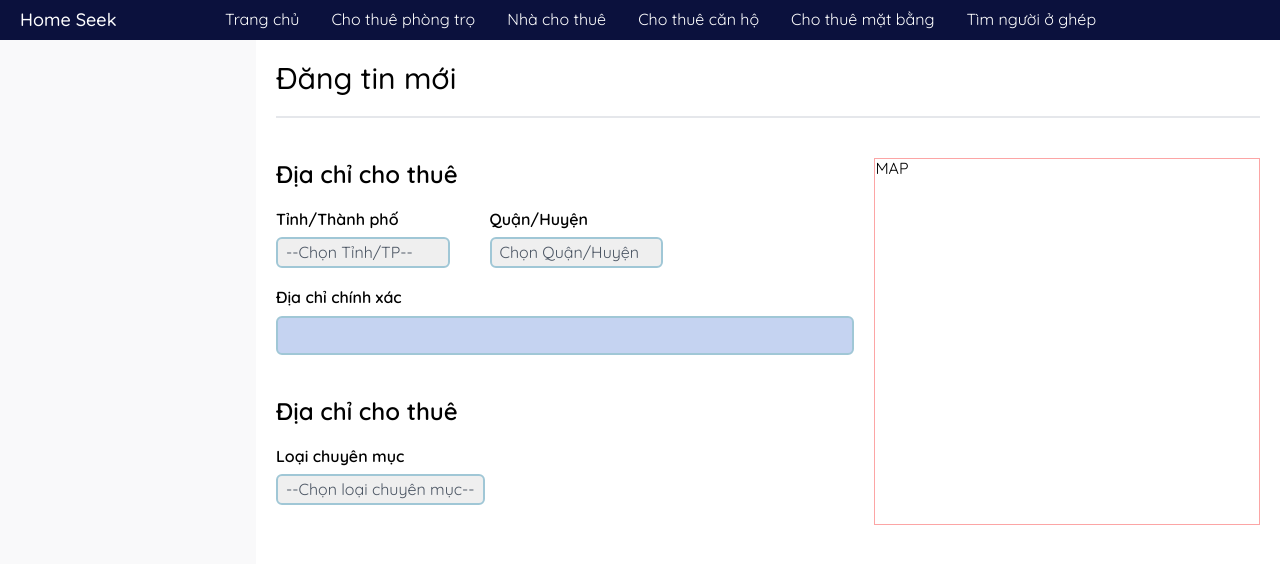
Repository: ajincome26/homeseek
Page: /create (app in client/)
An editor plug-in stored every save of this project. The page is shown before and after the next save, followed by the edit.
The browser window is 1280 px wide. The pictures show the whole page.
The page's requests for data from a server got no answer. The project was rebuilt for these pictures with package versions that can differ from the ones it lists, and the page was loaded fresh each time. Some packages were replaced by stand-ins written for this rebuild. No one was signed in, and anything a server would have sent is missing. Also part of the build but not shown: client/vite.config.ts, client/src/components/Footer/Footer.tsx, client/src/components/Button/Button.tsx, client/src/components/Button/index.ts, client/src/utils/utils.tsx, client/src/components/MainHeader/components/User.tsx, client/src/components/Popover/Popover.tsx, client/src/components/Popover/index.ts and 21 more.

Above is the page before, as saved 2024-01-09 05:18:47.

After the next save:
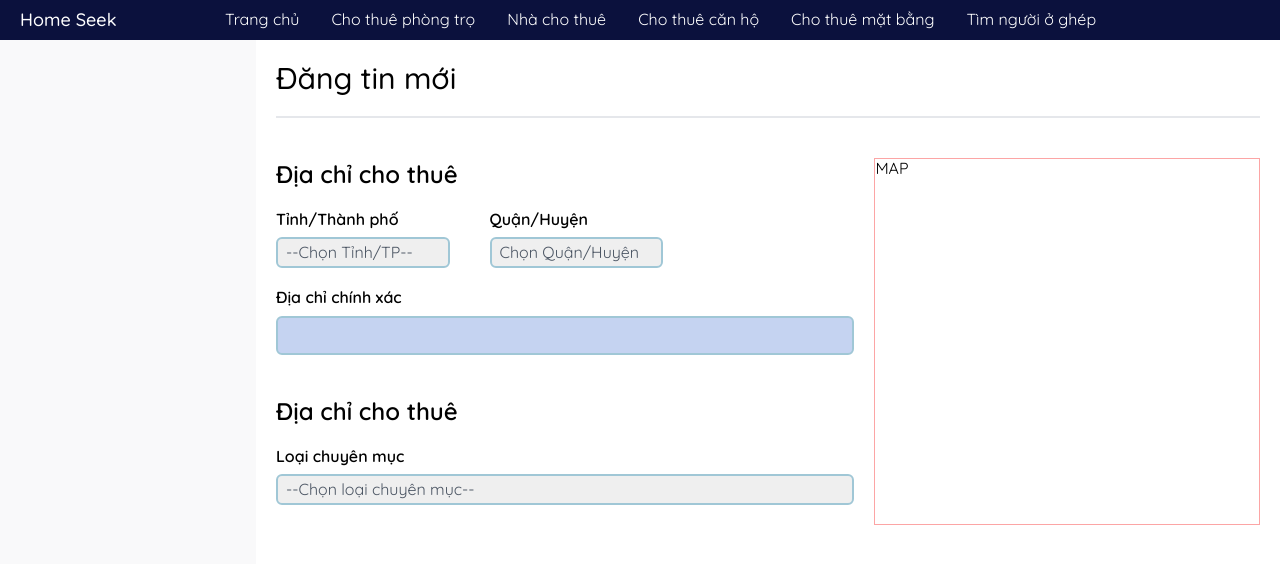
Saved 2 min 51 s later.
--- a/client/src/components/Select/Select.tsx
+++ b/client/src/components/Select/Select.tsx
@@ -16,7 +16,7 @@ export interface SelectProps extends InputHTMLAttributes<HTMLInputElement> {
 
 const Select = ({ type, provinces, districts, categories, value, setValue, label, optionTitle }: SelectProps) => {
   return (
-    <div className={`flex flex-col gap-2 ${type === 'category' ? '' : 'basis-[30%]'}`}>
+    <div className={`flex flex-col gap-2 ${type === 'category' ? 'w-full' : 'basis-[30%]'}`}>
       <label htmlFor='address-select' className='font-semibold'>
         {label}
       </label>
